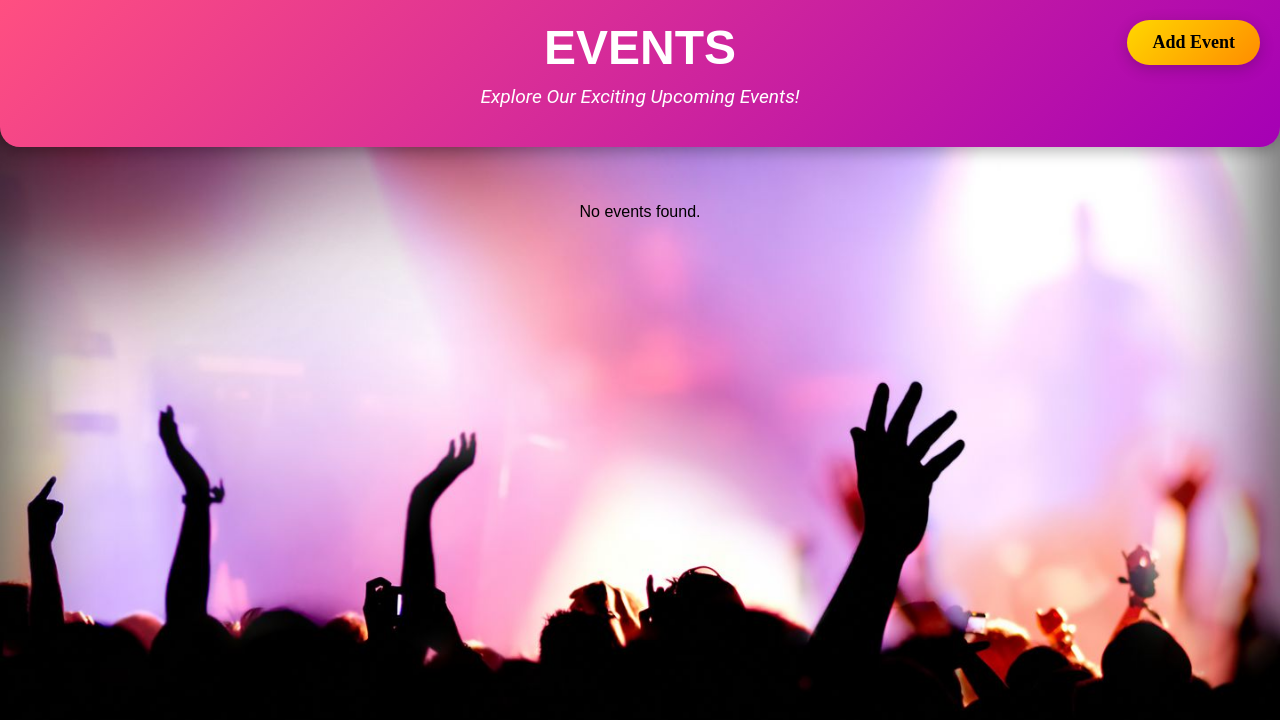
Repository: ShehanRandikaFdz/SE-OOP_Project
Page: http://localhost/AddorUpdateEvent/EventPage.jsp
The author's editor kept a copy of each file at every save. The page is drawn from the files as they stood at one save, then again after the next save.
The browser window is 1280 px wide. The pictures show the whole page.
The page is served by Tomcat 9. Other server files are loaded and not shown. Queries for data that is not in the repository find no rows.

Above is the page before, as saved 2024-10-19 23:01:16.

### AddorUpdateEvent/src/main/webapp/EventPage.jsp
<%@ page import="java.sql.Connection" %>
<%@ page import="java.sql.DriverManager" %>
<%@ page import="java.sql.PreparedStatement" %>
<%@ page import="java.sql.ResultSet" %>
<%@ page import="java.util.ArrayList" %>
<%@ page import="java.util.List" %>
<%@ page import="eventPlanner.Event" %>
<!DOCTYPE html>
<html lang="en">
<head>
    <meta charset="UTF-8">
    <meta name="viewport" content="width=device-width, initial-scale=1.0">
    <title>Event Page</title>
    <style>
        body {
            font-family: Arial, sans-serif;
            margin: 0;
            padding: 0;
            background-image: url("images/background1.jpg");
            background-repeat: no-repeat;
            background-size: cover;
        }

        #event-header {
            background: linear-gradient(135deg, #FF4F81, #A500B5);
            color: white;
            text-align: center;
            padding: 20px;
            border-radius: 0 0 20px 20px;
            box-shadow: 0 4px 15px rgba(0, 0, 0, 0.3);
        }

        #event-header h1 {
            font-family: 'Poppins', sans-serif;
            font-size: 3rem;
            margin: 0;
            text-transform: uppercase;
        }

        #event-header p {
            font-family: 'Roboto', sans-serif;
            font-size: 1.2rem;
            margin-top: 10px;
            font-style: italic;
        }

        #add-event-btn {
            position: fixed;
            top: 20px;
            right: 20px;
            background: linear-gradient(135deg, #FFD700, #FF8C00);
            color: black;
            border: none;
            padding: 12px 25px;
            cursor: pointer;
            border-radius: 30px;
            font-size: 18px;
            font-family: Nunito;
            font-weight: bold;
            box-shadow: 0 4px 15px rgba(0, 0, 0, 0.2);
            transition: all 0.3s ease;
        }

        #add-event-btn:hover {
            background: linear-gradient(135deg, #00BFFF, #00FF7F);
            transform: translateY(-3px);
            box-shadow: 0 6px 20px rgba(0, 0, 0, 0.3);
        }

        #event-list {
            display: flex;
            flex-wrap: wrap;
            justify-content: space-around;
            margin: 40px 20px;
        }

        .event-card {
            background-color: white;
            margin: 20px;
            border-radius: 15px;
            box-shadow: 0 6px 18px rgba(0, 0, 0, 0.1);
            width: 320px;
            overflow: hidden;
            transition: transform 0.3s ease, box-shadow 0.3s ease;
            cursor: pointer;
        }

        .event-card:hover {
            transform: scale(1.05);
            box-shadow: 0 12px 24px rgba(0, 0, 0, 0.2);
        }

        .event-image {
            width: 100%;
            height: 200px;
            background-size: cover;
            background-position: center;
        }

        .event-details {
            padding: 20px;
            color: #2d3436;
        }

        .event-details h3 {
            margin: 0;
            font-size: 1.6rem;
            color: #2d3436;
            font-weight: 600;
        }

        .event-details p {
            font-size: 0.95rem;
            margin: 10px 0;
            color: #636e72;
        }

        .event-details .event-type {
            display: inline-block;
            padding: 5px 10px;
            background-color: #e84393;
            color: white;
            font-size: 0.85rem;
            border-radius: 8px;
            margin-bottom: 15px;
        }

        .event-details .event-description {
            font-size: 0.9rem;
            color: #636e72;
        }

        .event-details .more-info {
            color: #0984e3;
            text-decoration: none;
            font-weight: 600;
            display: inline-block;
            margin-top: 10px;
        }

        .event-details .more-info:hover {
            text-decoration: underline;
        }

        /* Update and Delete Buttons */
        .event-details .action-btn {
            display: inline-block;
            margin: 10px 5px 0 0;
            padding: 8px 15px;
            border-radius: 20px;
            text-decoration: none;
            font-size: 0.9rem;
            font-weight: bold;
            transition: background 0.3s ease, transform 0.3s ease;
        }

        .event-details .update-btn {
            background-color: #00b894;
            color: white;
        }

        .event-details .update-btn:hover {
            background-color: #00cec9;
            transform: translateY(-3px);
        }

        .event-details .delete-btn {
            background-color: #d63031;
            color: white;
        }

        .event-details .delete-btn:hover {
            background-color: #ff7675;
            transform: translateY(-3px);
        }

        /* Modal Styles */
        .modal {
            display: none;
            position: fixed;
            z-index: 1;
            left: 0;
            top: 0;
            width: 100%;
            height: 100%;
            background-color: rgba(0, 0, 0, 0.5);
            overflow: auto;
        }

        .modal-content {
            background-color: white;
            margin: 10% auto;
            padding: 20px;
            border: 1px solid #888;
            width: 60%;
            border-radius: 10px;
            box-shadow: 0px 10px 30px rgba(0, 0, 0, 0.3);
        }

        .modal-header h3 {
            margin: 0;
            font-size: 2rem;
            color: #2d3436;
        }

        .modal-body p {
            margin: 10px 0;
            font-size: 1.1rem;
            color: #636e72;
        }

        .close {
            color: #aaa;
            float: right;
            font-size: 28px;
            font-weight: bold;
        }

        .close:hover,
        .close:focus {
            color: black;
            text-decoration: none;
            cursor: pointer;
        }
    </style>
</head>
<body>
    <div id="event-header">
        <h1>Events</h1>
        <p>Explore Our Exciting Upcoming Events!</p>
    </div>

    <button id="add-event-btn" onclick="window.location.href='addEvent.jsp'">Add Event</button>

    <div id="event-list">
        <%
            Connection conn = null;
            PreparedStatement stmt = null;
            ResultSet resultSet = null;
            List<Event> eventList = new ArrayList<>();

            try {
                // Establish database connection
                Class.forName("com.mysql.cj.jdbc.Driver");
                conn = DriverManager.getConnection("jdbc:mysql://localhost:3306/oeps", "root", "Shehan@24700");

                // SQL query to retrieve events
                String sql = "SELECT * FROM event_planner";
                stmt = conn.prepareStatement(sql);
                resultSet = stmt.executeQuery();

                // Loop through the results and add to the eventList
                while (resultSet.next()) {
                    int eventId = resultSet.getInt("event_id");
                    String eventType = resultSet.getString("event_type");
                    String eventVenue = resultSet.getString("event_venue");
                    String nop = resultSet.getString("nop");
                    String description = resultSet.getString("description");
                    String eventImagePath = resultSet.getString("event_image_path");

                    // Create an Event object and add it to the list
                    Event event = new Event(eventId, eventType, eventVenue, nop, description, eventImagePath);
                    eventList.add(event);
                }

                // Display events if available
                if (!eventList.isEmpty()) {
                    for (Event event : eventList) {
        %>
                        <div class="event-card">
						    <div class="event-image" style="background-image: url('uploads/<%= event.getEventImagePath() %>');"></div>
						    <div class="event-details">
						        <h3><%= event.getEventType() %></h3>
						        <span class="event-type"><%= event.getEventType() %></span>
						        <p>Venue: <%= event.getEventVenue() %></p>
						        <p>Participants: <%= event.getNop() %></p>
						        <p class="event-description"><%= event.getDescription().length() > 100 ? event.getDescription().substring(0, 100) + "..." : event.getDescription() %></p>

						        <!-- More Info Button -->
						        <a href="javascript:void(0);" class="more-info" onclick="openModal('<%= event.getEventType() %>', '<%= event.getEventVenue() %>', '<%= event.getNop() %>', '<%= event.getDescription() %>', 'uploads/<%= event.getEventImagePath() %>')">More Info</a>

						        <!-- Update Button -->
						        <a href="updateEvent.jsp?eventId=<%= event.getEventId() %>" class="action-btn update-btn">Update</a>

						        <!-- Delete Button -->
						        <a href="deleteEvent.jsp?eventId=<%= event.getEventId() %>" class="action-btn delete-btn" onclick="return confirm('Are you sure you want to delete this event?');">Delete</a>
						    </div>
						</div>

        <%
                    }
                } else {
                    out.println("<p>No events found.</p>");
                }
            } catch (Exception e) {
                e.printStackTrace();
                out.println("<p>Error retrieving events.</p>");
            } finally {
                // Close database resources
                try {
                    if (resultSet != null) resultSet.close();
                    if (stmt != null) stmt.close();
                    if (conn != null) conn.close();
                } catch (Exception e) {
                    e.printStackTrace();
                }
            }
        %>
    </div>

    <!-- Modal -->
    <div id="eventModal" class="modal">
        <div class="modal-content">
            <span class="close" onclick="closeModal()">&times;</span>
            <div class="modal-header">
                <h3 id="modalEventType"></h3>
            </div>
            <div class="modal-body">
                <p><strong>Venue:</strong> <span id="modalEventVenue"></span></p>
                <p><strong>Participants:</strong> <span id="modalEventNop"></span></p>
                <p><strong>Description:</strong> <span id="modalEventDescription"></span></p>
                <img id="modalEventImage" style="width: 100%; border-radius: 10px;" />
            </div>
        </div>
    </div>

    <script>
        // Function to open the modal and populate event details
        function openModal(eventType, eventVenue, nop, description, imagePath) {
            document.getElementById('modalEventType').textContent = eventType;
            document.getElementById('modalEventVenue').textContent = eventVenue;
            document.getElementById('modalEventNop').textContent = nop;
            document.getElementById('modalEventDescription').textContent = description;
            document.getElementById('modalEventImage').src = imagePath;
            document.getElementById('eventModal').style.display = "block";
        }

        // Function to close the modal
        function closeModal() {
            document.getElementById('eventModal').style.display = "none";
        }

        // Close the modal when clicking outside of it
        window.onclick = function(event) {
            if (event.target == document.getElementById('eventModal')) {
                closeModal();
            }
        }
    </script>
</body>
</html>

After the next save:
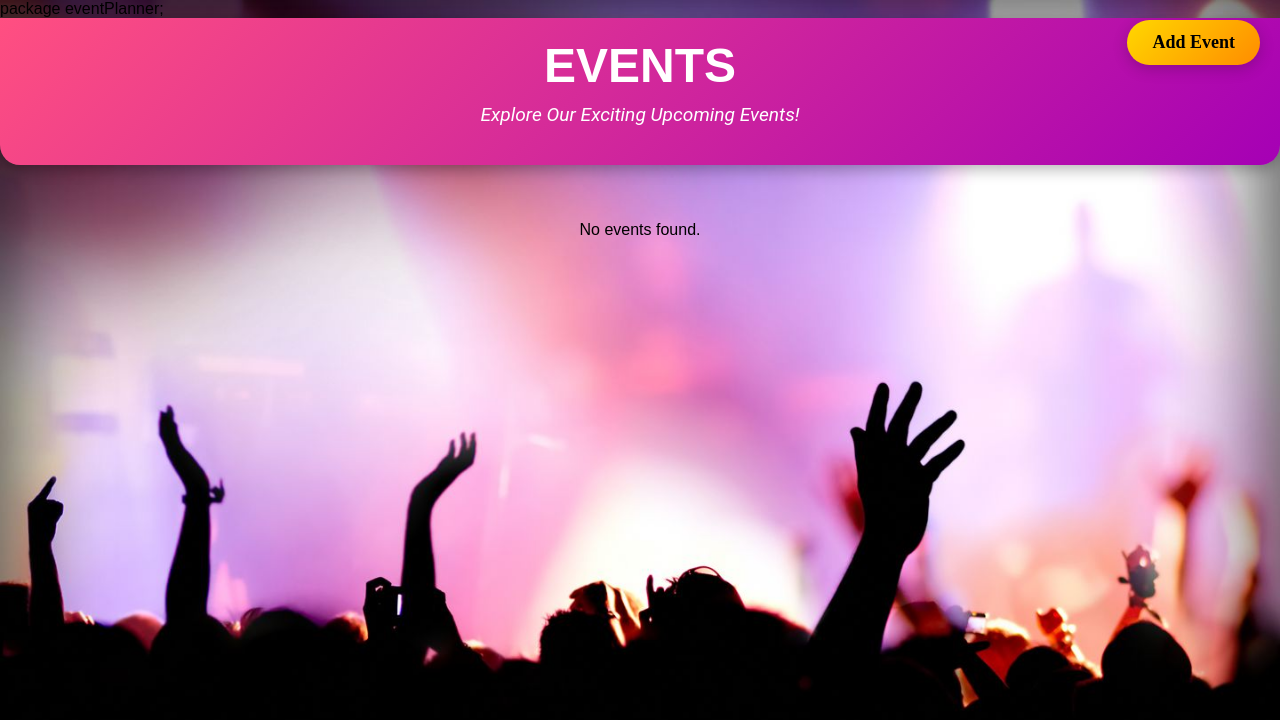
Saved 80 s later.
--- a/AddorUpdateEvent/src/main/webapp/EventPage.jsp
+++ b/AddorUpdateEvent/src/main/webapp/EventPage.jsp
@@ -1,3 +1,5 @@
+package eventPlanner;
+
 <%@ page import="java.sql.Connection" %>
 <%@ page import="java.sql.DriverManager" %>
 <%@ page import="java.sql.PreparedStatement" %>
